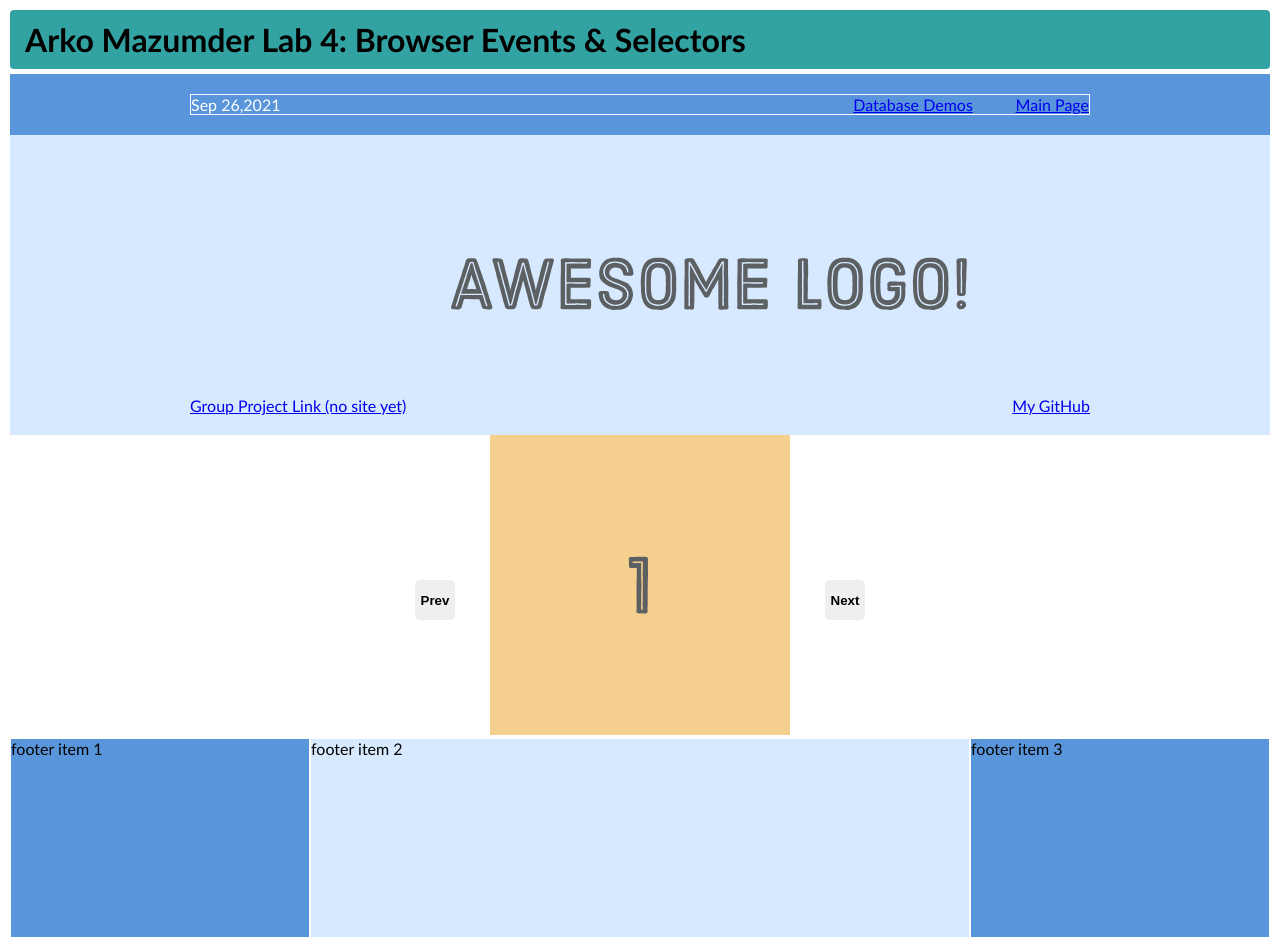
Repository: arkomz/INST377-Lab-Work
Page: client/lab_4/index.html
The author's editor kept a copy of each file at every save. The page is drawn from the files as they stood at one save, then again after the next save.
The browser window is 1280 px wide. The pictures show the whole page.

Above is the page before, as saved 2021-09-26 21:49:52.

After the next save:
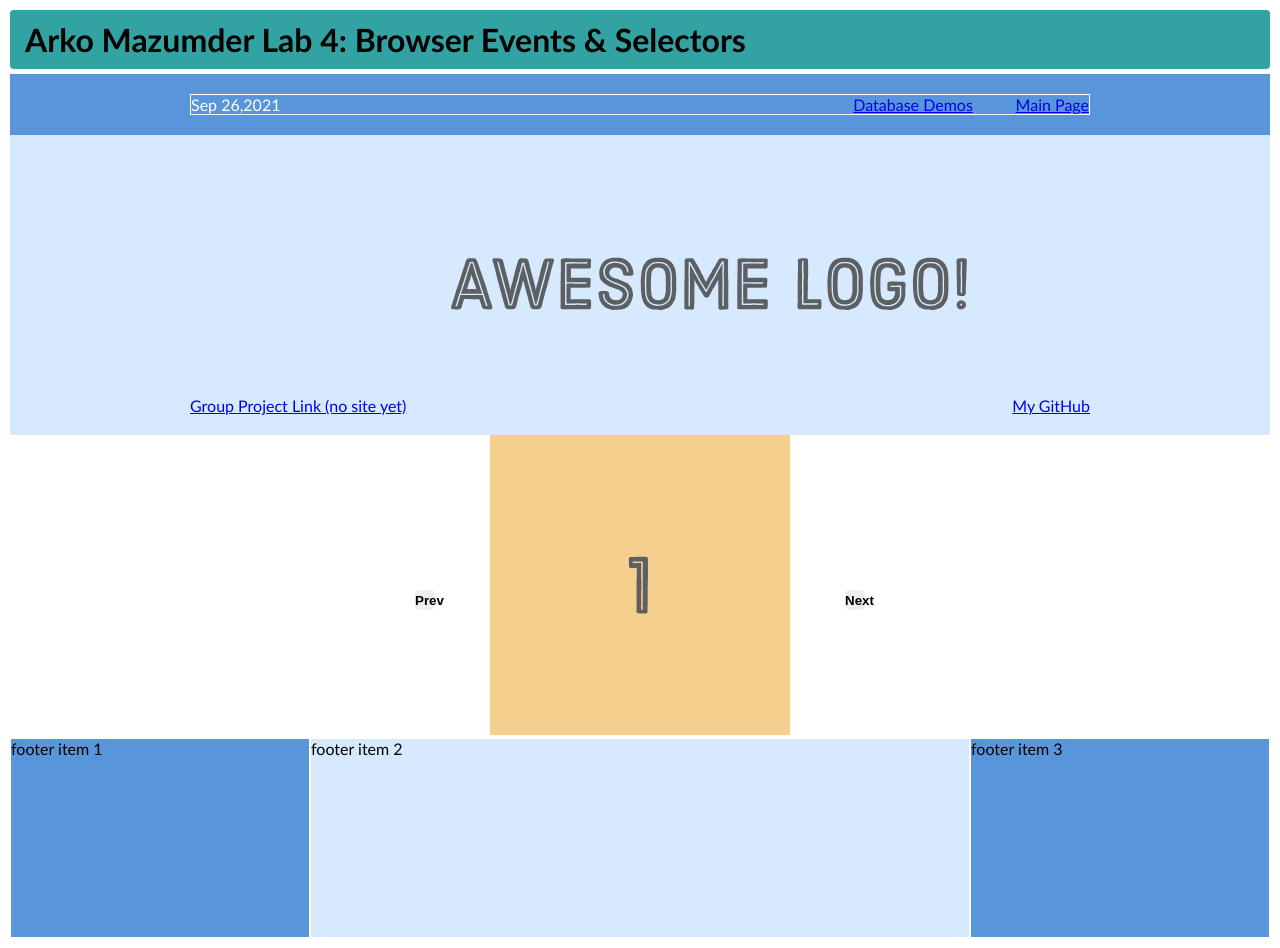
Saved 7 s later.
--- a/client/lab_4/styles.css
+++ b/client/lab_4/styles.css
@@ -158,8 +158,8 @@
     border: 0;
     font-weight: bold;
     cursor: pointer;
-    width: 40px;
-    height: 40px;
+    width: 20px;
+    height: 20px;
   }
 
   .carousel .carousel__actions button#carousel__button--prev {
